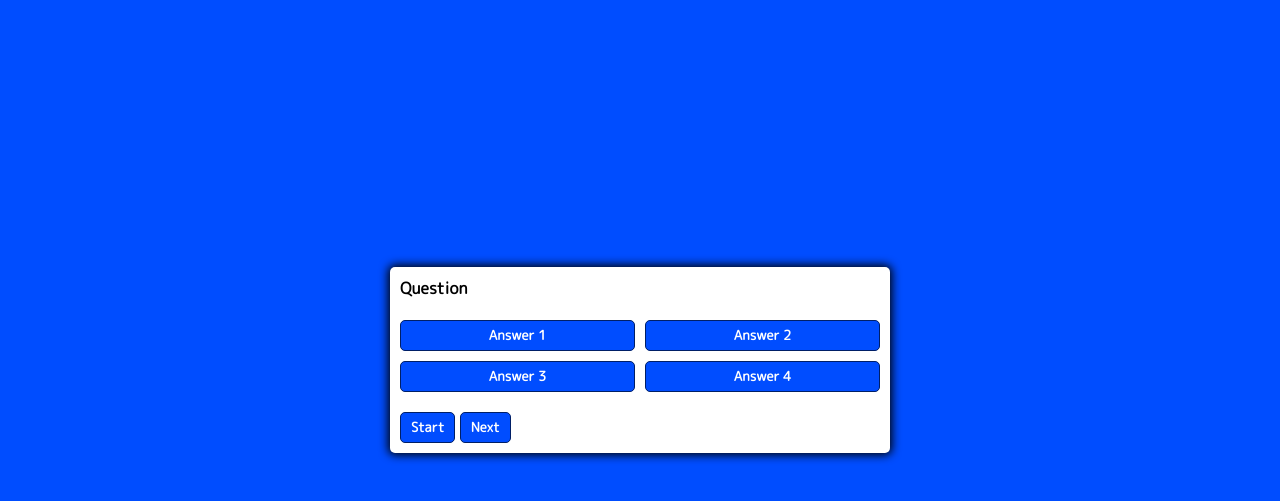
Repository: spidero7/Star-Wars_Quiz-Game
Page: index.html
These files come from the project's save history. The page is drawn as it stood at one moment and after the next save; the edit follows.
The browser window is 1280 px wide. The pictures show the whole page.

Above is the page before, as saved 2021-08-29 08:18:18.

### index.html
<!DOCTYPE html>
<html lang="en">
<head>
    <meta charset="UTF-8">
    <meta http-equiv="X-UA-Compatible" content="IE=edge">
    <meta name="viewport" content="width=device-width, initial-scale=1.0">
    <title>Quiz Game</title>
    <link rel="preconnect" href="https://fonts.googleapis.com">
    <link rel="preconnect" href="https://fonts.gstatic.com" crossorigin>
    <link href="https://fonts.googleapis.com/css2?family=M+PLUS+Rounded+1c&display=swap" rel="stylesheet">
    <link rel="stylesheet" href="style.css">
</head>
<body>

    <div class="container">
        <div id="question-container" class="hide">
            <div id="question">Question</div>
            <div id="answer-buttons" class="btn-grid">
                <button class="btn">Answer 1</button>
                <button class="btn">Answer 2</button>
                <button class="btn">Answer 3</button>
                <button class="btn">Answer 4</button>
            </div>
        </div>
        <div id="control-panel">
            <button class="btn" id="start-btn">Start</button>
            <button class="btn hide" id="next-btn">Next</button>
        </div>
    </div>


    <script src="app.js"></script>
</body>
</html>

### style.css
*, *::after, *::before {
    box-sizing: border-box;
    font-family: 'M PLUS Rounded 1c', sans-serif;
    font-weight: bold;
}

:root {
    --hue-normal: 222;
    --hue-correct: 120;
    --hue-wrong: 0;
}

body {
    --hue: var(--hue-normal);
    padding: 0;
    margin: 0;
    display: flex;
    width: 100vw;
    height: 100vh;
    justify-content: center;
    align-items: center;
    background-color: hsl(var(--hue), 100%, 50%);
}

body.correct {
    --hue: var(--hue-correct);
}

body.wrong {
    --hue: var(--hue-wrong);
}

.container {
    width: 500px;
    max-width: 80%;
    background-color: white;
    border-radius: 5px;
    padding: 10px;
    box-shadow: 0 0 10px 2px;
}

.btn-grid {
    display: grid;
    grid-template-columns: repeat(2, auto);
    gap: 10px;
    margin: 20px 0;
}

.btn {
    --hue: var(--hue-normal);
    background-color: hsl(var(--hue), 100%, 50%);
    border: 1px solid hsl(var(--hue), 100%, 20%);
    color: white;
    border-radius: 5px;
    padding: 5px 10px;
    outline: none;
}

.btn:hover {
    border-color: black;
    cursor: pointer;
}

.btn.correct {
    --hue: var(--hue-correct);
    color: black;
}

.btn.wrong {
    --hue: var(--hue-wrong);
}

Loaded but not shown: app.js (no copy from this time; the picture is the same without it)

After the next save:
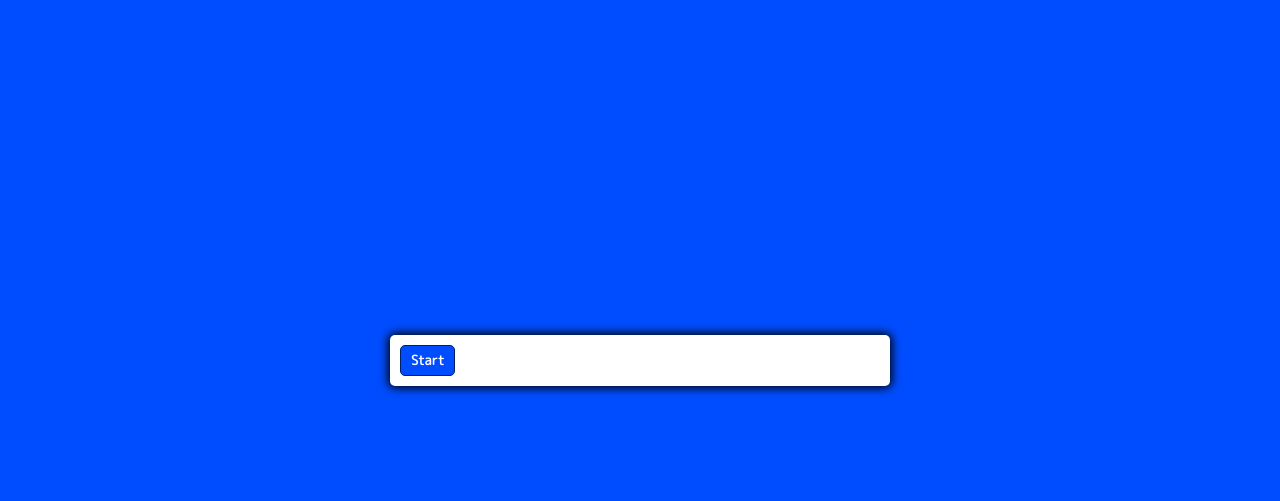
Saved 14 s later.
--- a/style.css
+++ b/style.css
@@ -69,3 +69,7 @@ body.wrong {
 .btn.wrong {
     --hue: var(--hue-wrong);
 }
+
+.hide {
+    display: none;
+}
